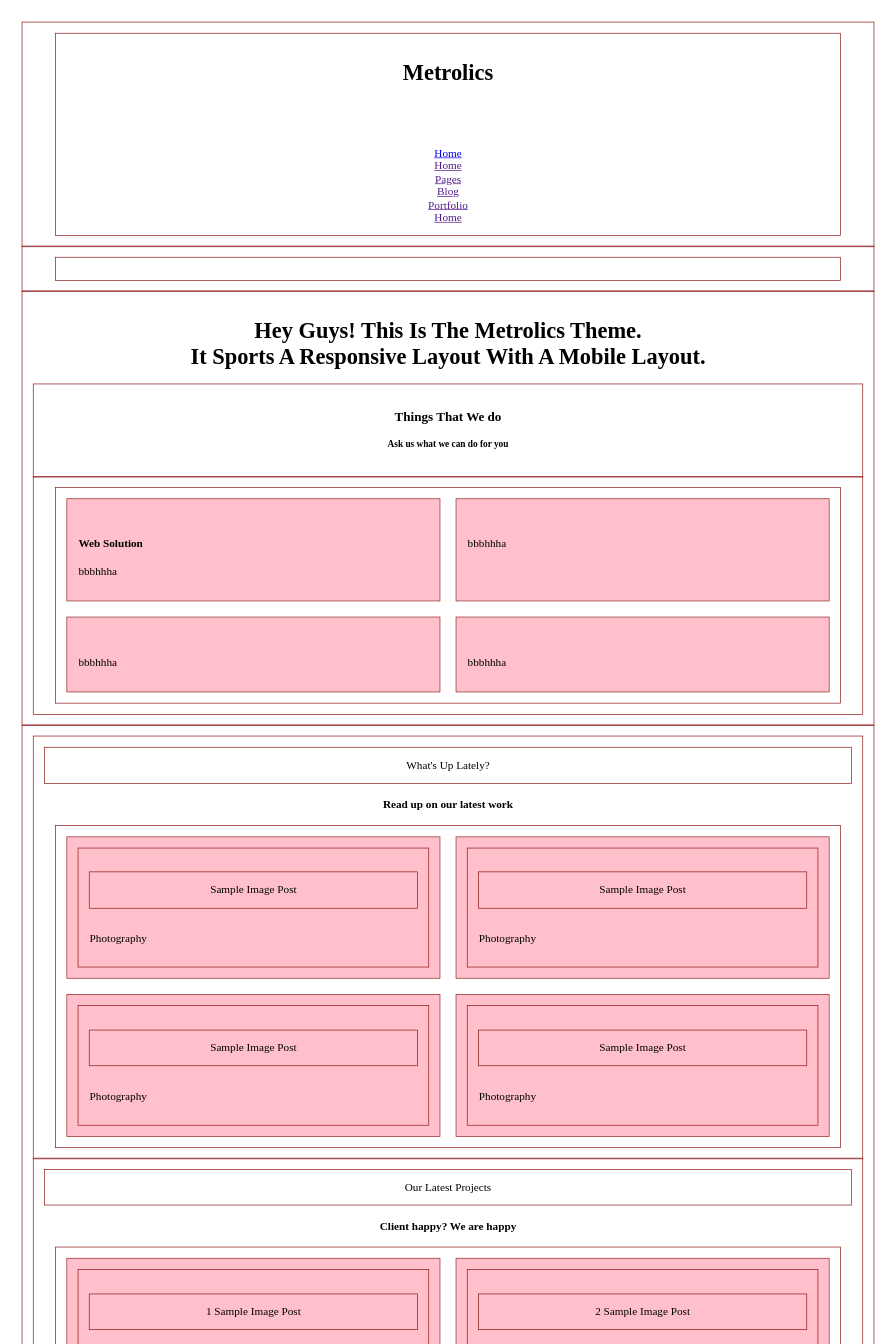
Repository: kionale/Project1_Lab3_ResponsiveLayout
Page: index.html
An editor plug-in stored every save of this project. The page is shown before and after the next save, followed by the edit.
The browser window is 1280 px wide. The pictures show the part of the page from y = 0 to 1920 px (the page is 4436 px tall before and 5916 px after), at 70% of full size.
A picture or video elsewhere on the page could not be fetched, so the positions and the page height are approximate.

Above is the page before, as saved 2023-01-26 10:33:15.

### index.html
<!doctype html>
<html class="no-js" lang="">

<head>
  <meta charset="utf-8">
  <title></title>
  <meta name="description" content="">
  <meta name="viewport" content="width=device-width, initial-scale=1">

  <meta property="og:title" content="">
  <meta property="og:type" content="">
  <meta property="og:url" content="">
  <meta property="og:image" content="">

  <link rel="manifest" href="site.webmanifest">
  <link rel="apple-touch-icon" href="icon.png">
  <!-- Place favicon.ico in the root directory -->

  <link rel="stylesheet" href="css/normalize.css">
  <link rel="stylesheet" href="css/main.css">

  <meta name="theme-color" content="#fafafa">
</head>


<body class="page page-home">
  <header class="header page__header">
    <div class="row">
      <h1>Metrolics</h1>
      <a href=""><img src=""></a>
      <nav class="navbar-links">
        <ul>
          <a href="#">
            <li>Home</li>
          </a>
          <a href="">
            <li>Home</li>
          </a>
          <a href="">
            <li>Pages</li>
          </a>
          <a href="">
            <li>Blog</li>
          </a>
          <a href="">
            <li>Portfolio</li>
          </a>
          <a href="">
            <li>Home</li>
          </a>
        </ul>
      </nav>
    </div>

  </header>

  <div class="page__slider">
    <div class="row slides">
      <img src="" alt="">
    </div>
  </div>
  </div>

  <div class="page__intro">
    <h1 class="header page__heading">
      Hey guys! This is the <span>Metrolics</span> theme.<br>
      It sports a responsive layout with a mobile layout.
    </h1>
    <div class="subheading page_subheading">
      <h3>
        Things That We do
      </h3>
      <h5>Ask us what we can do for you</h5>

    </div>
    <div class="feature__service">
      <div class="row m-col-2 l-col-4">
        <div class="col">
          <img class="feature__servic__images" src="" alt="">
          <h4 class="heading feature__servic__title">Web Solution</h4>
          <p class="feature__servic__content">
            bbbhhha
          </p>
        </div>
        <div class="col">
          <img class="feature__servic__images" src="" alt="">
          <h4 class="heading feature__servic__title"></h4>
          <p class="feature__servic__content">
            bbbhhha
          </p>
        </div>
        <div class="col">
          <img class="feature__servic__images" src="" alt="">
          <h4 class="heading feature__servic__title"></h4>
          <p class="feature__servic__content">
            bbbhhha
          </p>
        </div>
        <div class="col">
          <img class="feature__servic__images" src="" alt="">
          <h4 class="heading feature__servic__title"></h4>
          <p class="feature__servic__content">
            bbbhhha
          </p>
        </div>


      </div>
    </div>
  </div>

  <!-- Main content starts here -->
  <main class="page__main">
    <section class="recent__work">
      <header class="header post__header">What's up lately?</header>
      <h4 class="subheading">Read up on our latest work</h4>
      <div class="row m-col-2 l-col-3">
        <div class="col">
          <div>
            <img src="" alt="">
            <header class="header recent__work__title">Sample image post</header><br>
            <p>Photography</p>
          </div>
        </div>
        <div class="col">
          <div>
            <img src="" alt="">
            <header class="header recent__work__title">Sample image post</header><br>
            <p>Photography</p>
          </div>
        </div>
        <div class="col">
          <div>
            <img src="" alt="">
            <header class="header recent__work__title">Sample image post</header><br>
            <p>Photography</p>
          </div>
        </div>
        <div class="col">
          <div>
            <img src="" alt="">
            <header class="header recent__work__title">Sample image post</header><br>
            <p>Photography</p>
          </div>
        </div>
      </div>
    </section>
    <!-- Our Latest Projests -->
    <section class="latest__projects">
      <header class="header latest__projects__header">Our Latest Projects</header>
      <h4 class="subheading">Client happy? We are happy</h4>
      <div class="row m-col-2 l-col-3">
        <div class="col">
          <div>
            <img src="" alt="">
            <header class="header latest__project__image">1 Sample image post</header><br>
            <p>1 Photography</p>
          </div>
        </div>
        <div class="col">
          <div>
            <img src="" alt="">
            <header class="header latest__project__image">2 Sample image post</header><br>
            <p>2 Photography</p>
          </div>
        </div>
        <div class="col">
          <div>
            <img src="" alt="">
            <header class="header latest__project__image">3 Sample image post</header><br>
            <p>3 Photography</p>
          </div>
        </div>
        <div class="col">
          <div>
            <img src="" alt="">
            <header class="header latest__project__image">4 Sample image post</header><br>
            <p>4 Photography</p>
          </div>
        </div>
        <div class="col">
          <div>
            <img src="" alt="">
            <header class="header latest__project__image">5 Sample image post</header><br>
            <p>5 Photography</p>
          </div>
        </div>
        <div class="col">
          <div>
            <img src="" alt="">
            <header class="header latest__project__image">6 Sample image post</header><br>
            <p>6 Photography</p>
          </div>
        </div>
      </div>
    </section>
    <!--Things of Above-->
    <section class="things__of__above">
      <header class="header things__header">Things of above</header>
      <h4 class="subheading">Misc stuff we could not put anywhere else</h4>
      <div class="row m-col-2 l-col-3">
        <div>
          <div class="col">
            <div class="sample__menu things_above_image">Sample Accordion Menu
              <button>+</button>
            </div>
            <div class="web__solution">
              <div>
                <img src="" alt="">
              </div>
              <div>
                <h4>Web Solution</h4>
                <p>Lorem ipsum dolor, sit amet consectetur adipisicing elit. Officiis, distinctio voluptates ipsam hic
                  id
                  culpa illo suscipit voluptatem quam temporibus quo ducimus consectetur alias a inventore corporis quae
                  animi sit?</p>
              </div>
            </div>
          </div>
          <div class="menu__button">
            <div class="col_two sample__menu things__above__image">1 Sample Accordion Menu
              <button>+</button>
            </div>
          </div>
          <div class="menu__button">
            <div class="col_two sample__menu things__above__image">2 Sample Accordion Menu
              <button>+</button>
            </div>
          </div>
        </div>
        <div class="col">
          <div class="tab__buttons">
            <button>Tab1</button>
            <button>Tab2</button>
            <button>Tab3</button>
          </div>
          <div class="tab__information">
            <div>
              <img src="" alt="">
            </div>
            <div>
              <p>Lorem ipsum dolor, sit amet consectetur adipisicing elit. Officiis, distinctio voluptates ipsam hic
                id?</p>
            </div>
          </div>
          <div class="tab__information">
            <div>
              <img src="" alt="">
            </div>
            <div>
              <p>Lorem ipsum dolor, sit amet consectetur adipisicing elit. Officiis, distinctio voluptates ipsam hic
                id?</p>
            </div>
          </div>
          <div class="tab__information">
            <div>
              <img src="" alt="">
            </div>
            <div>
              <p>Lorem ipsum dolor, sit amet consectetur adipisicing elit. Officiis, distinctio voluptates ipsam hic
                id?</p>
            </div>
          </div>
          <div class="tab__information">
            <div>
              <img src="" alt="">
            </div>
            <div>
              <p>Lorem ipsum dolor, sit amet consectetur adipisicing elit. Officiis, distinctio voluptates ipsam hic
                id?</p>
            </div>
          </div>
        </div>
      </div>
      <!--Sponsors-->
      <div class="sponsors">
        <img src="https://cdn-icons-png.flaticon.com/512/118/118063.png" alt="" class="sponsors__icon">
        <img src="https://cdn-icons-png.flaticon.com/512/118/118063.png" alt="" class="sponsors__icon">
        <img src="https://cdn-icons-png.flaticon.com/512/118/118063.png" alt="" class="sponsors__icon">
        <img src="https://cdn-icons-png.flaticon.com/512/118/118063.png" alt="" class="sponsors__icon">
        <img src="https://cdn-icons-png.flaticon.com/512/118/118063.png" alt="" class="sponsors__icon">
      </div>

    </section>
  </main>
  <!--Footer-->
  <footer>
    <div class="web__author">
      <div>
        <img src="" alt="">
      </div>
      <div>
        <h4>Peewee Herman</h4>
        <p>Lorem ipsum dolor, sit amet consectetur adipisicing elit. Officiis, distinctio voluptates ipsam hic
          id
          culpa illo suscipit voluptatem quam temporibus quo ducimus consectetur alias a inventore corporis quae
          animi sit?</p>
      </div>
    </div>
    <div class="footer__extras">
      <div>
        <div>
          <h4>About Us</h4>
          <p>Lorem ipsum dolor, sit amet consectetur adipisicing elit. Officiis, distinctio voluptates ipsam hic
            id
            culpa illo suscipit voluptatem quam temporibus quo ducimus consectetur alias a inventore corporis quae
            animi sit?</p>
        </div>
        <div class="social__link">
          <a href="" class="social__icon">
            <li>Facebook</li>
          </a>
          <a href="" class="social__icon">
            <li>Google</li>
          </a>
          <a href="" class="social__icon">
            <li>Twitter</li>
          </a>
          <a href="" class="social__icon">
            <li>Instagram</li>
          </a>
          <a href="" class="social__icon">
            <li>Volume</li>
          </a>
        </div>
      </div>

      <div>
        <h4>Flickr Photos</h4>
        <img src="" alt="">
        <img src="" alt="">
        <img src="" alt="">
        <img src="" alt="">
        <img src="" alt="">
        <img src="" alt="">
      </div>
      <div>
        <h4>Recent Tweets</h4>
        <div class="recent__tweets">
          <div>
            <img src="" alt="">
          </div>
          <div>
            <h4>Peewee Herman</h4>
            <p>Lorem ipsum dolor, sit amet consectetur adipisicing elit. Officiis, distinctio voluptates ipsam hic
              id
              culpa illo suscipit voluptatem quam temporibus quo ducimus consectetur alias a inventore corporis quae
              animi sit?</p>
          </div>
        </div>
        <div class="recent__tweets">
          <div>
            <img src="" alt="">
          </div>
          <div>
            <h4>Peewee Herman</h4>
            <p>Lorem ipsum dolor, sit amet consectetur adipisicing elit. Officiis, distinctio voluptates ipsam hic
              id
              culpa illo suscipit voluptatem quam temporibus quo ducimus consectetur alias a inventore corporis quae
              animi sit?</p>
          </div>
        </div>
      </div>
      <div>
        <h4>Newsletter</h4>
        <p>Lorem ipsum dolor, sit amet consectetur adipisicing elit. Officiis, distinctio voluptates ipsam hic
          id
          culpa illo suscipit voluptatem quam temporibus quo ducimus consectetur alias a inventore corporis quae
          animi sit?</p>
        <div class="col_two sample__menu things__above__image">Enter your email...
          <button>+</button>
        </div>
      </div>
    </div>
  </footer>


  <script src="js/vendor/modernizr-3.11.2.min.js"></script>
  <script src="js/plugins.js"></script>
  <script src="js/main.js"></script>

  <!-- Google Analytics: change UA-XXXXX-Y to be your site's ID. -->
  <script>
    window.ga = function () { ga.q.push(arguments) }; ga.q = []; ga.l = +new Date;
    ga('create', 'UA-XXXXX-Y', 'auto'); ga('set', 'anonymizeIp', true); ga('set', 'transport', 'beacon'); ga('send', 'pageview')
  </script>
  <script src="https://www.google-analytics.com/analytics.js" async></script>
</body>

</html>

### css/main.css
::-moz-selection {
  background: #b3d4fc;
  text-shadow: none;
}

::selection {
  background: #b3d4fc;
  text-shadow: none;
}

/*
 * A better looking default horizontal rule
 */

hr {
  display: block;
  height: 1px;
  border: 0;
  border-top: 1px solid #ccc;
  margin: 1em 0;
  padding: 0;
}

audio,
canvas,
iframe,
img,
svg,
video {
  vertical-align: middle;
}

/*
 * Remove default fieldset styles.
 */

fieldset {
  border: 0;
  margin: 0;
  padding: 0;
}

/*
 * Allow only vertical resizing of textareas.
 */

textarea {
  resize: vertical;
}

*,
*::before,
*::after {
  box-sizing: border-box;
}

div,
main,
section,
header,
footer {
  outline: 1px solid rgb(142, 24, 24);
  min-height: 1rem;
  padding: 1rem;
}

.page {
  margin: 0 auto;
  padding: 2rem;
}

.header {
  text-transform: capitalize;
  text-align: center;
}

.subheading {
  text-align: center;
}

ul,
li {
  padding: 0;
  margin: 0;
  list-style: none;
}

.row {
  display: grid;
  row-gap: 1rem;
}

.row_two {
  display: grid;
  row-gap: 1rem;
}

.col {
  position: relative;
  background-color: pink;
}

.col_two {
  background-color: pink;
  height: 6rem;
}

button {
  height: 4rem;
  width: 4rem;
}

/* medium screens and up  */
@media screen and (min-width: 40em) {
  .row {
    max-width: 70rem;
    column-gap: 1.5rem;
    row-gap: 1.5rem;
    margin: 0 auto;
  }



  .m-col-2 {
    grid-template-columns: 1fr 1fr;
  }

  .l-col-3 {
    grid-template-columns: (3, 1fr);
  }

}


.examples {
  display: flex;
  justify-content: space-around;
}

.sample__menu {
  display: flex;
  justify-content: space-between;
}

.web__solution {
  display: flex;
}

.web__author {
  display: flex;
}

.recent__tweets {
  display: flex;
}


.tab__information {
  display: flex;
}

.sponsors {
  display: flex;
  justify-content: space-around;
  height: 10rem;
}

.sponsors__icon {
  background-color: lightgray;
}

.social__link {
  display: flex;
}

.social__icon {
  margin: 0.5rem;
}

.footer__extras {
  display: flex;
  flex-direction: row;
}

### js/plugins.js
// Avoid `console` errors in browsers that lack a console.
(function() {
  var method;
  var noop = function () {};
  var methods = [
    'assert', 'clear', 'count', 'debug', 'dir', 'dirxml', 'error',
    'exception', 'group', 'groupCollapsed', 'groupEnd', 'info', 'log',
    'markTimeline', 'profile', 'profileEnd', 'table', 'time', 'timeEnd',
    'timeline', 'timelineEnd', 'timeStamp', 'trace', 'warn'
  ];
  var length = methods.length;
  var console = (window.console = window.console || {});

  while (length--) {
    method = methods[length];

    // Only stub undefined methods.
    if (!console[method]) {
      console[method] = noop;
    }
  }
}());

// Place any jQuery/helper plugins in here.

Loaded but not shown: css/normalize.css (library); js/vendor/modernizr-3.11.2.min.js (library); js/main.js (no stored copy; drawn as an empty file)

After the next save:
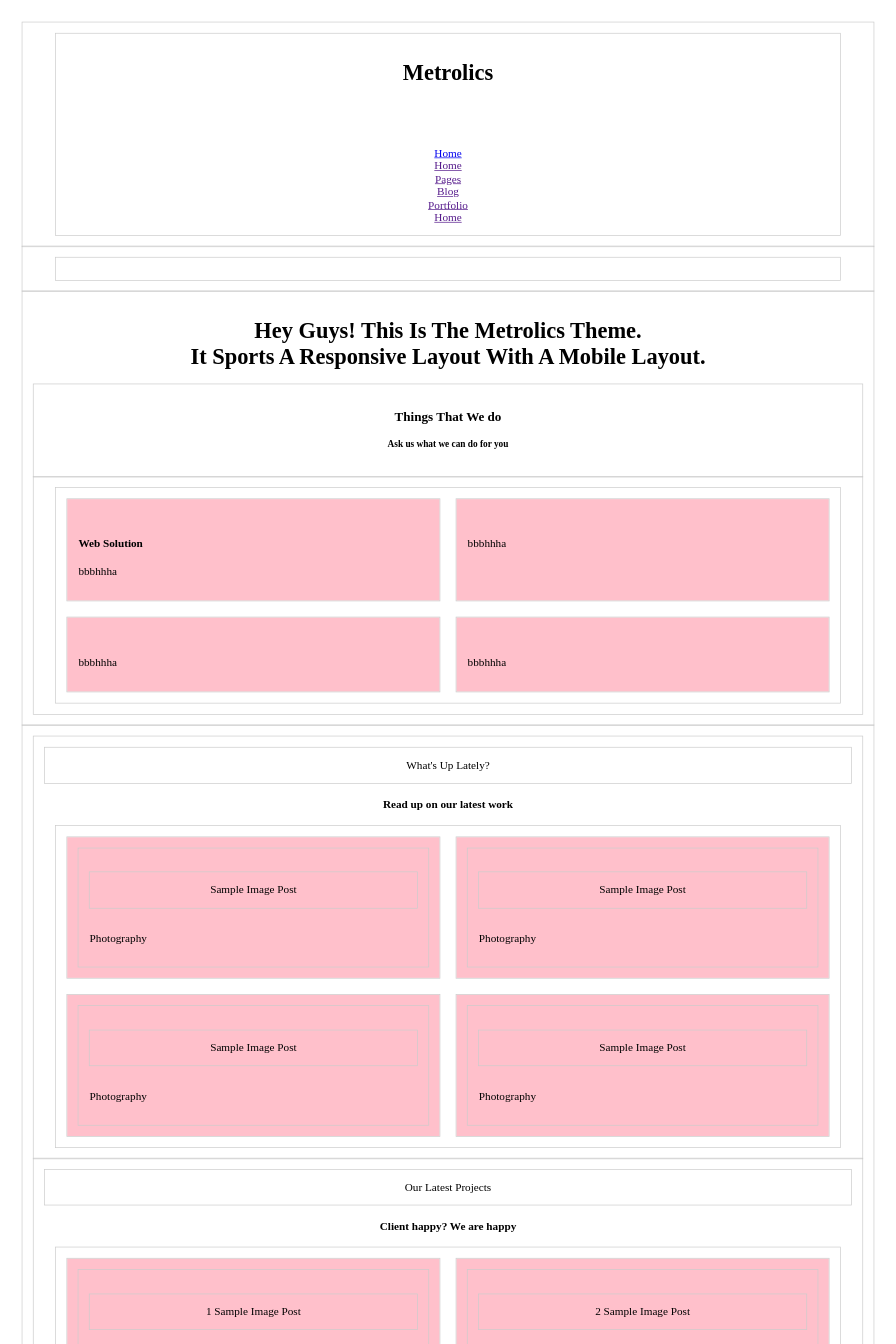
Saved 43 min 12 s later.
--- a/css/main.css
+++ b/css/main.css
@@ -59,7 +59,7 @@ main,
 section,
 header,
 footer {
-  outline: 1px solid rgb(142, 24, 24);
+  outline: 1px solid #ccc;
   min-height: 1rem;
   padding: 1rem;
 }
@@ -84,13 +84,7 @@ li {
   margin: 0;
   list-style: none;
 }
-
 .row {
-  display: grid;
-  row-gap: 1rem;
-}
-
-.row_two {
   display: grid;
   row-gap: 1rem;
 }
@@ -98,16 +92,6 @@ li {
 .col {
   position: relative;
   background-color: pink;
-}
-
-.col_two {
-  background-color: pink;
-  height: 6rem;
-}
-
-button {
-  height: 4rem;
-  width: 4rem;
 }
 
 /* medium screens and up  */
@@ -119,65 +103,7 @@ button {
     margin: 0 auto;
   }
 
-
-
   .m-col-2 {
     grid-template-columns: 1fr 1fr;
   }
-
-  .l-col-3 {
-    grid-template-columns: (3, 1fr);
-  }
-
 }
-
-
-.examples {
-  display: flex;
-  justify-content: space-around;
-}
-
-.sample__menu {
-  display: flex;
-  justify-content: space-between;
-}
-
-.web__solution {
-  display: flex;
-}
-
-.web__author {
-  display: flex;
-}
-
-.recent__tweets {
-  display: flex;
-}
-
-
-.tab__information {
-  display: flex;
-}
-
-.sponsors {
-  display: flex;
-  justify-content: space-around;
-  height: 10rem;
-}
-
-.sponsors__icon {
-  background-color: lightgray;
-}
-
-.social__link {
-  display: flex;
-}
-
-.social__icon {
-  margin: 0.5rem;
-}
-
-.footer__extras {
-  display: flex;
-  flex-direction: row;
-}
